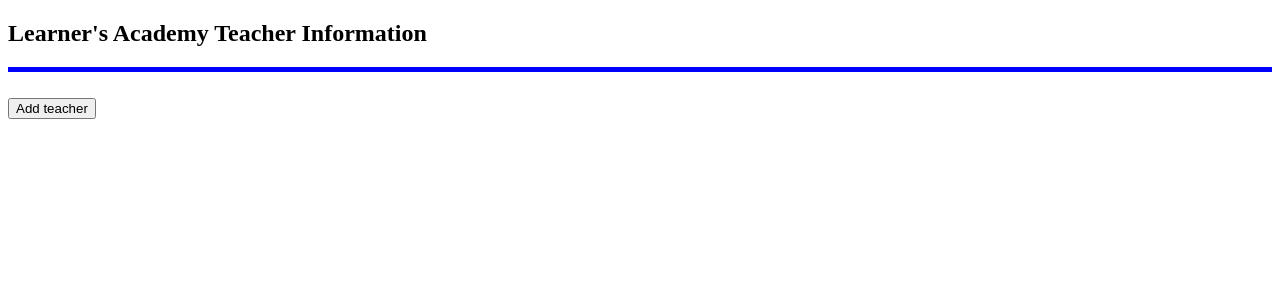
Repository: anithagnana123/Simplilearn_Phase2_project
Page: phase2-project/src/main/webapp/teacher.html
An editor plug-in stored every save of this project. The page is shown before and after the next save, followed by the edit.
The browser window is 1280 px wide. The pictures show the whole page.

Above is the page before, as saved 2022-10-19 11:50:38.

### phase2-project/src/main/webapp/teacher.html
<!DOCTYPE html>
<html>
<head>
<meta charset="ISO-8859-1">
<title>learners-academy-teacher-info</title>
</head>
<body>
<h2>Learner's Academy Teacher Information</h2>
<hr color="blue" size ="5"/>

<form method="get" action="/phase2-project/addteacher">
    <br> <input type='submit' value='Add teacher'/>
</form>

</body>
</html>

After the next save:
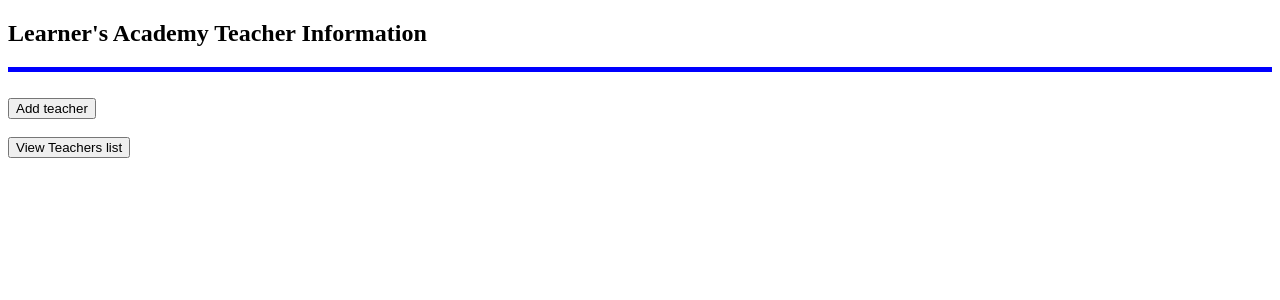
Saved 99 min 5 s later.
--- a/phase2-project/src/main/webapp/teacher.html
+++ b/phase2-project/src/main/webapp/teacher.html
@@ -12,5 +12,9 @@
     <br> <input type='submit' value='Add teacher'/>
 </form>
 
+<form method="get" action="/phase2-project/teacherlist">
+    <br> <input type='submit' value='View Teachers list'/>
+</form>
+
 </body>
 </html>
